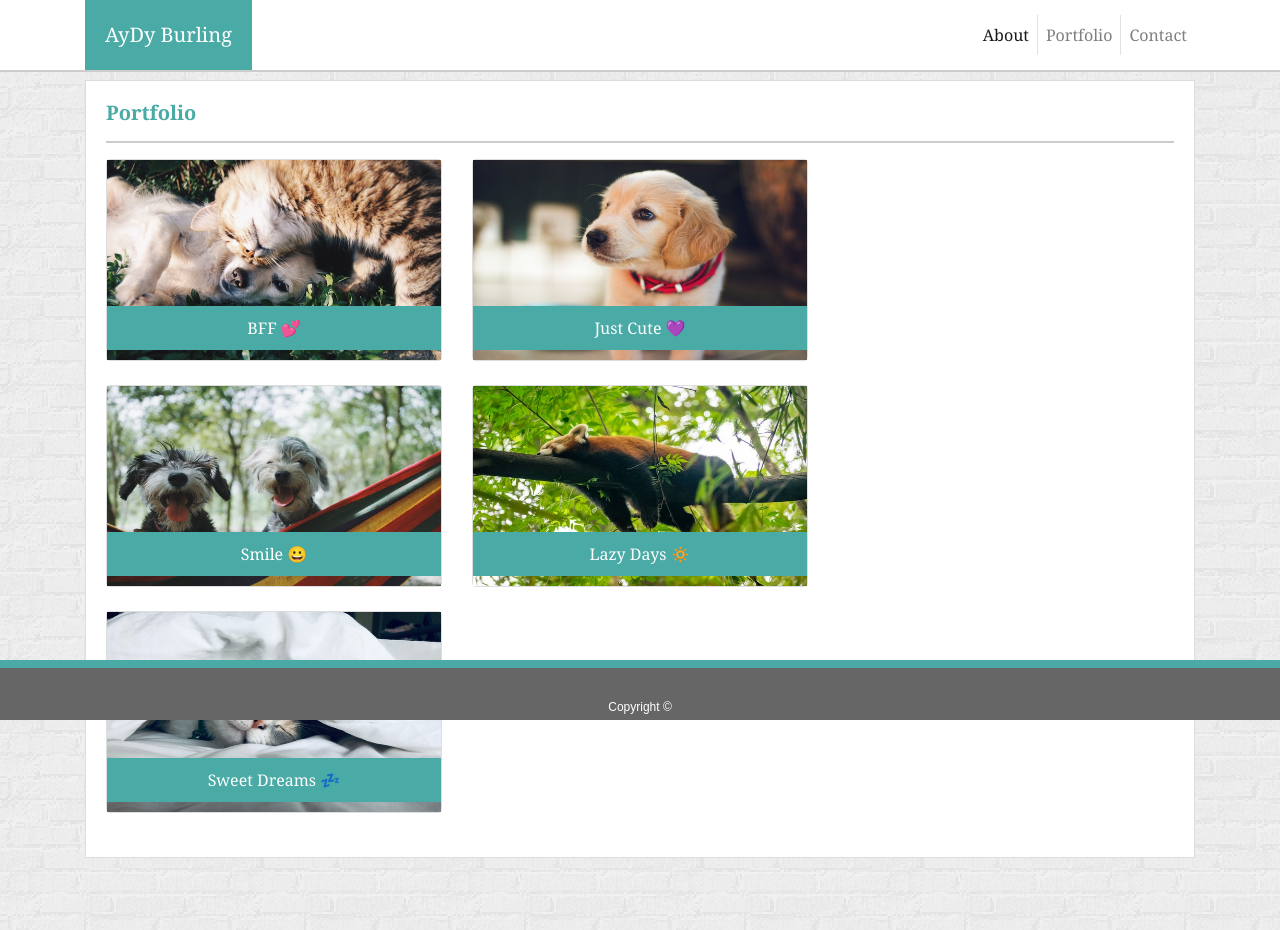
Repository: Dee1985/AyDy-Burling-prework
Page: Module-1_Assessment/portfolio.html
These files come from the project's save history. The page is drawn as it stood at one moment and after the next save; the edit follows.
The browser window is 1280 px wide. The pictures show the whole page.

Above is the page before, as saved 2020-05-22 23:00:32.

After the next save:
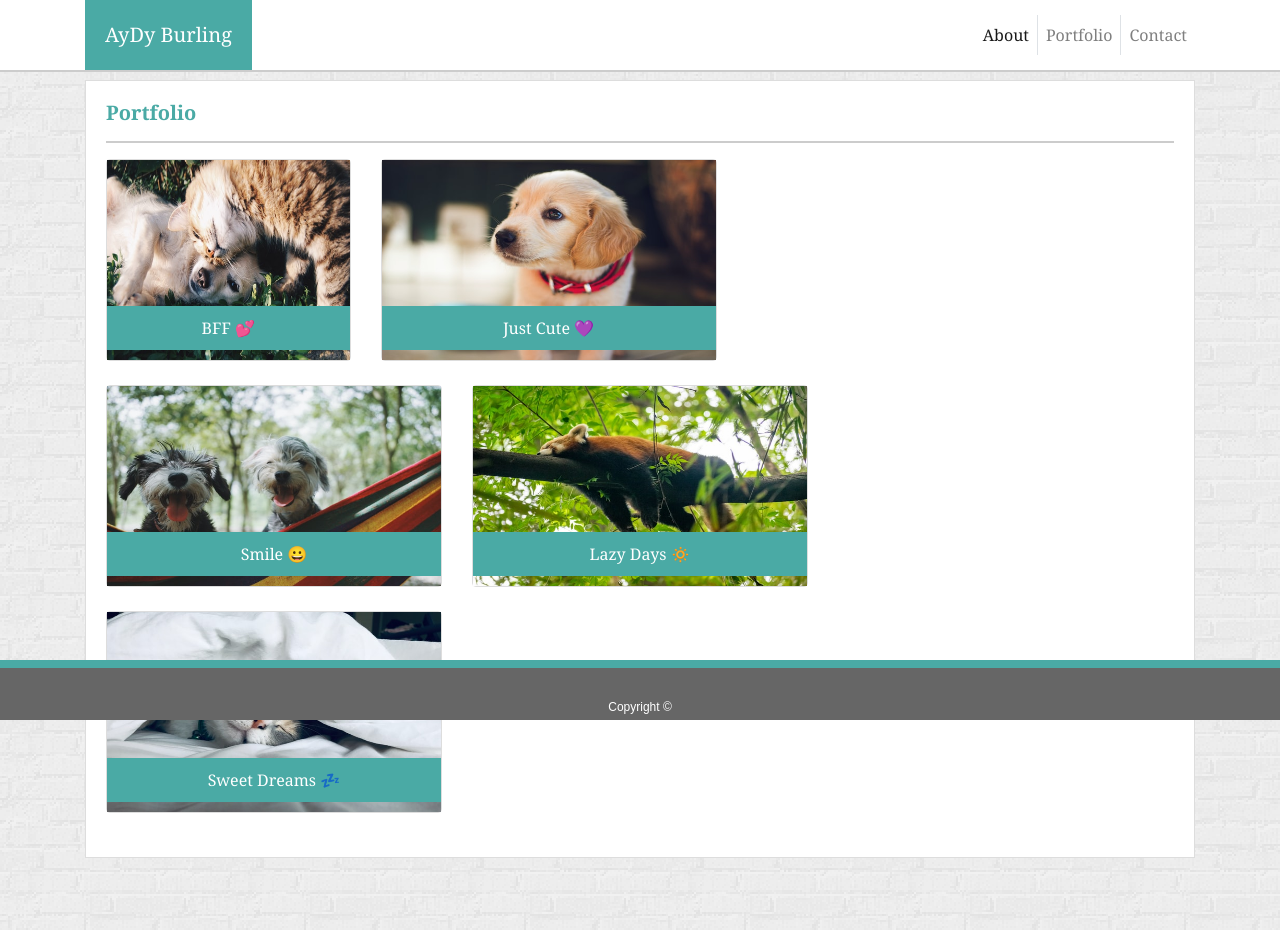
Saved 24 s later.
--- a/Module-1_Assessment/portfolio.html
+++ b/Module-1_Assessment/portfolio.html
@@ -56,7 +56,7 @@
               <!-- start of cards -->
             <div class="row justify-content-start">
               <!-- first card -->
-                <div class="col-lg-4 mb-4">
+                <div class="col-lg-3 mb-4">
                             <div class="card text-white">
                                 <img src="assets/img/krista-mangulsone-9gz3wfHr65U-unsplash.jpg" width="100%" height="200" alt="cat and dog cuddles">
                                 <div class="card-heading text-center">

After the save that followed:
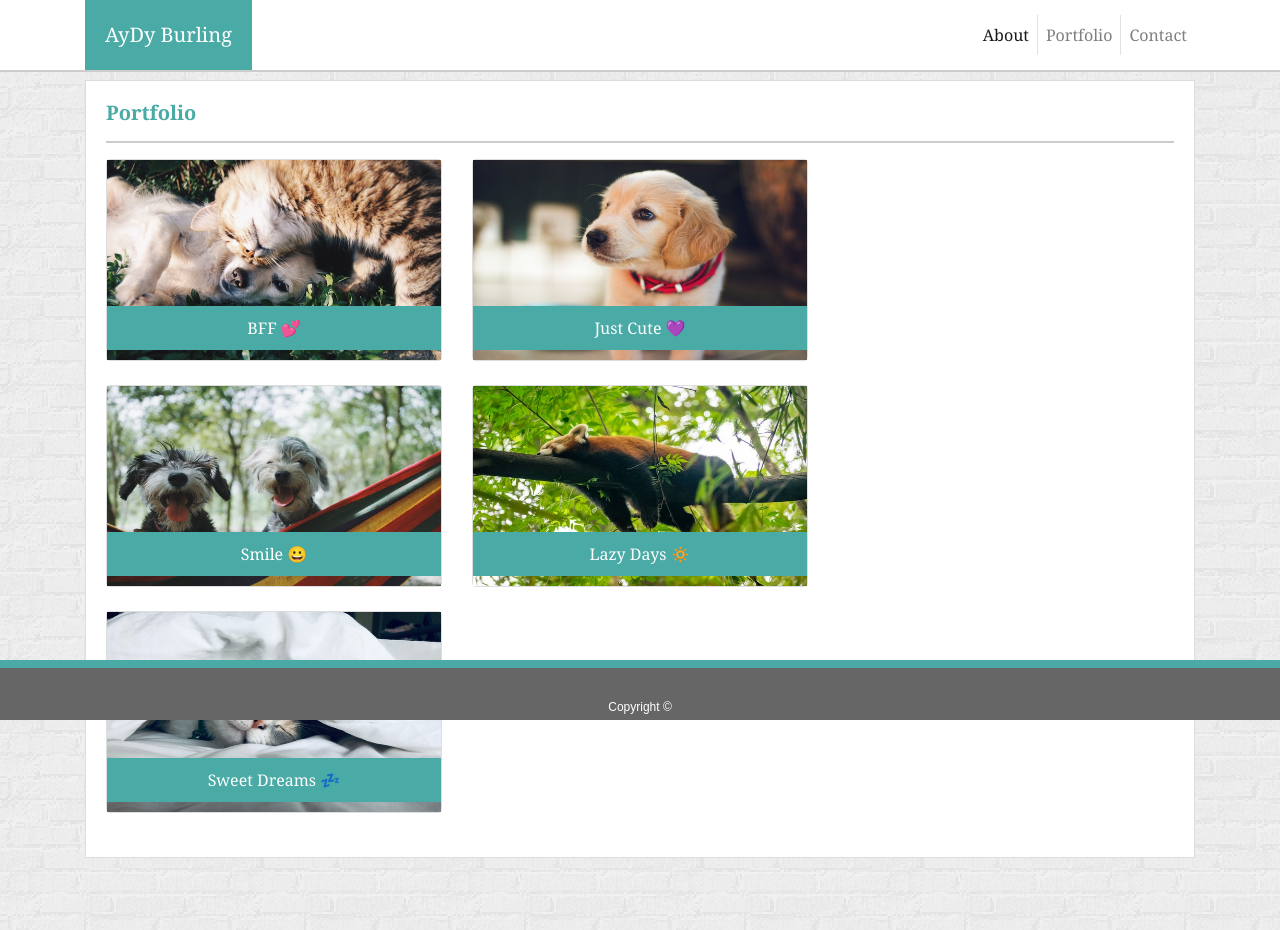
Saved 5 s later.
--- a/Module-1_Assessment/portfolio.html
+++ b/Module-1_Assessment/portfolio.html
@@ -56,7 +56,7 @@
               <!-- start of cards -->
             <div class="row justify-content-start">
               <!-- first card -->
-                <div class="col-lg-3 mb-4">
+                <div class="col-lg-4 mb-4">
                             <div class="card text-white">
                                 <img src="assets/img/krista-mangulsone-9gz3wfHr65U-unsplash.jpg" width="100%" height="200" alt="cat and dog cuddles">
                                 <div class="card-heading text-center">
